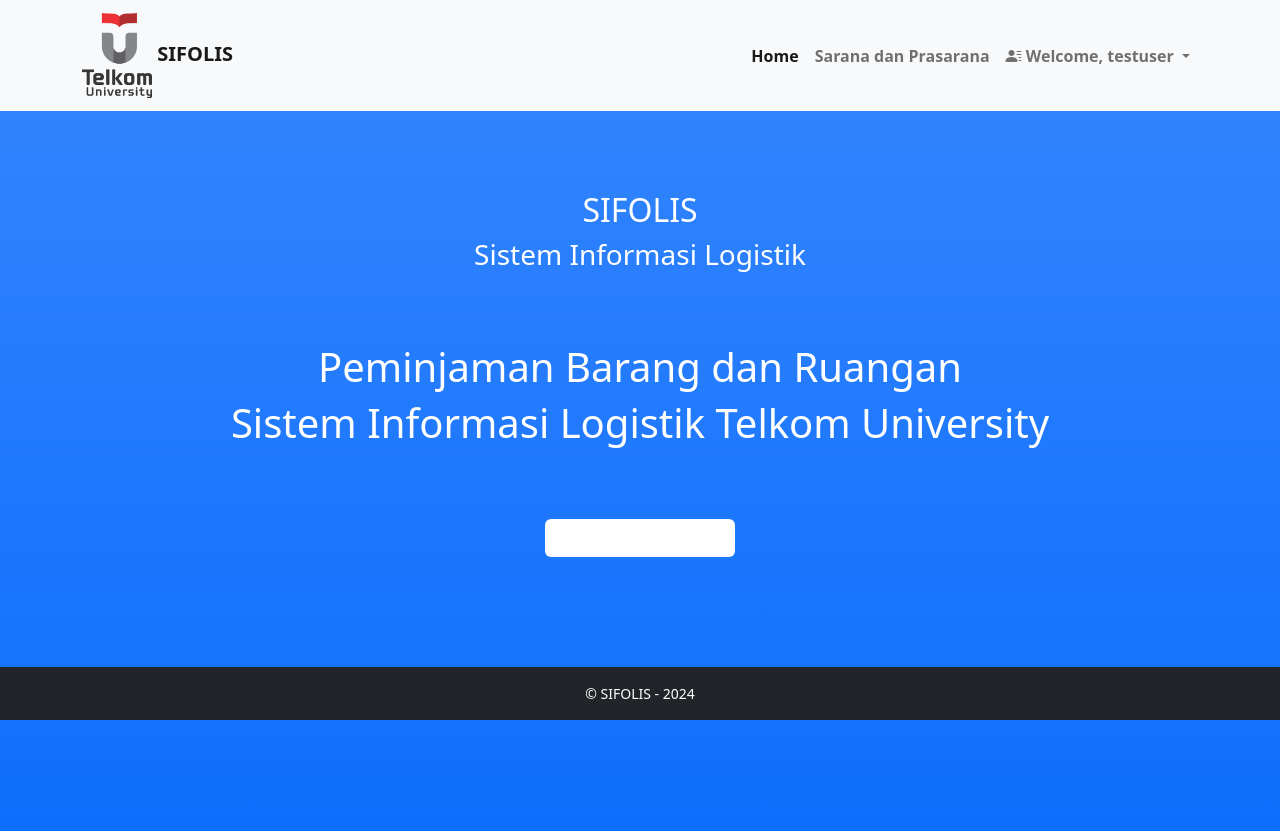
Repository: Audi87/uas_framework
Page: http://localhost/
These files come from the project's save history. The page is drawn as it stood at one moment and after the next save; the edit follows.
The browser window is 1280 px wide. The pictures show the whole page.
Some web libraries are served in a nearby version. The page is served by the project's Laravel application, run on PHP 8.4 with Laravel 10. A made-up administrator, Test User (test@example.com), is signed in.

Above is the page before, as saved 2024-06-13 20:55:45.

After the next save:
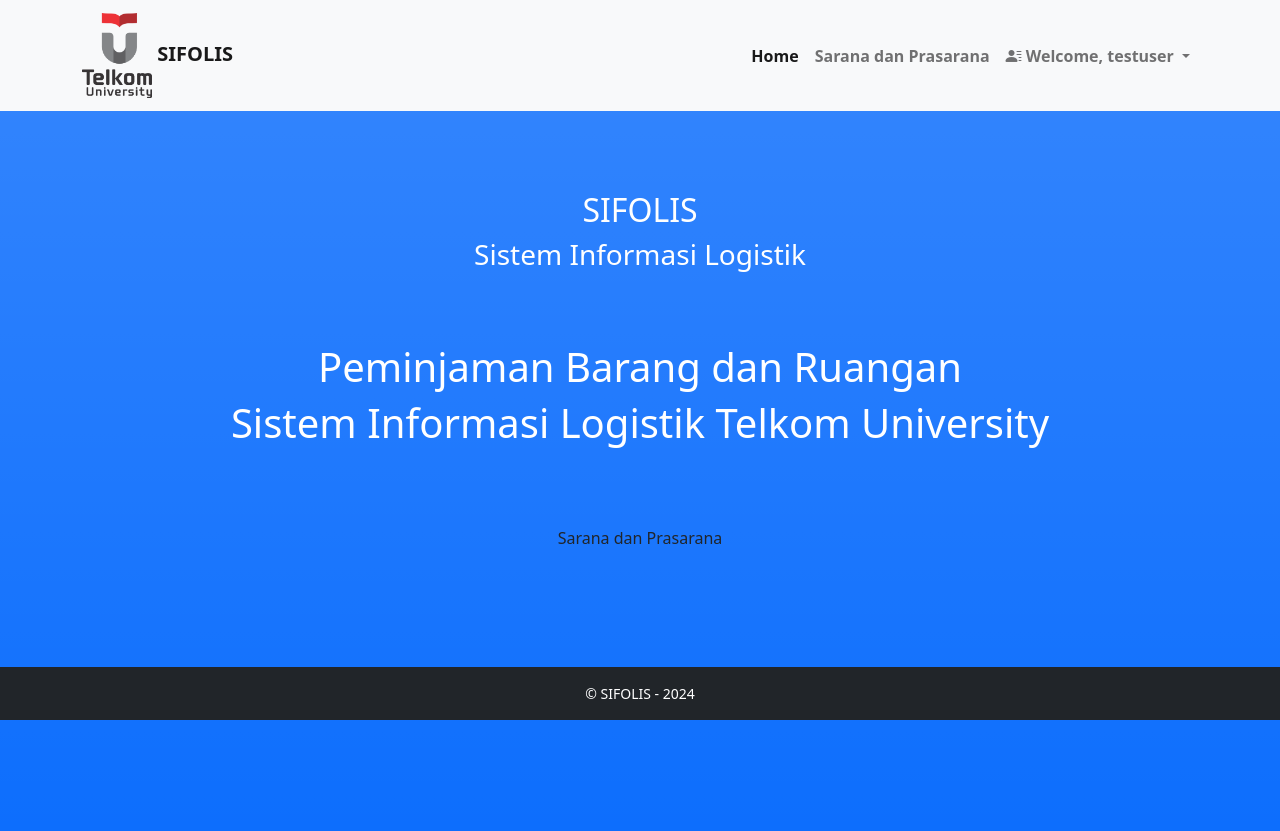
Saved 15 s later.
--- a/public/css/style.css
+++ b/public/css/style.css
@@ -47,8 +47,3 @@
 .full-height {
     min-height: 100vh; /* 100% dari tinggi viewport */
 }
-
-.btn {
-    background:white;
-    color: white;
-}
